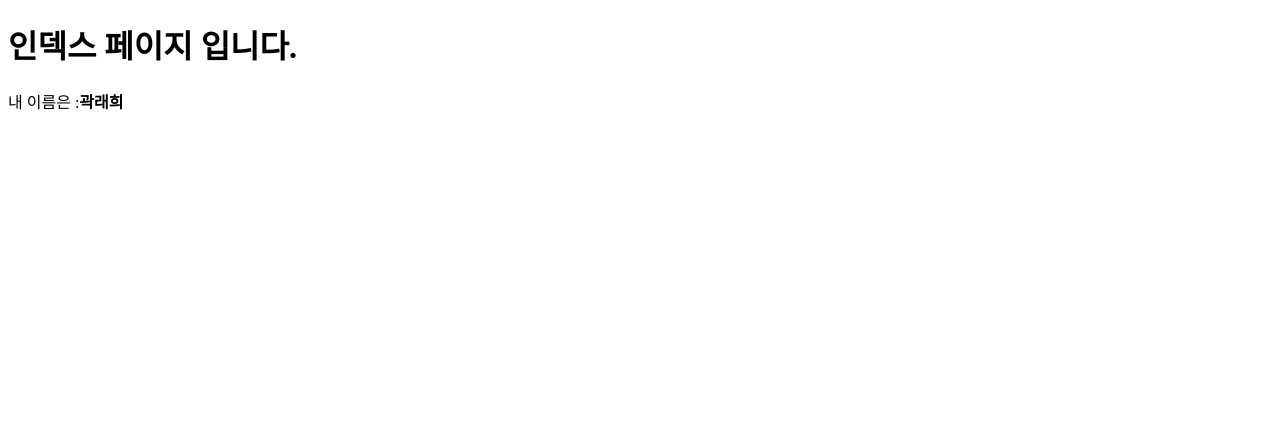
Repository: raehui/web_work
Page: Hello/src/main/webapp/index.html
An editor plug-in stored every save of this project. The page is shown before and after the next save, followed by the edit.
The browser window is 1280 px wide. The pictures show the whole page.

Above is the page before, as saved 2025-01-02 07:46:37.

### Hello/src/main/webapp/index.html
<!DOCTYPE html>
<html>
<head>
<meta charset="UTF-8">
<title>index.html</title>
</head>
<body>
	<h1>인덱스 페이지 입니다.</h1>
	<p>내 이름은 :<strong>곽래희</strong></p>

</body>
</html>

After the next save:
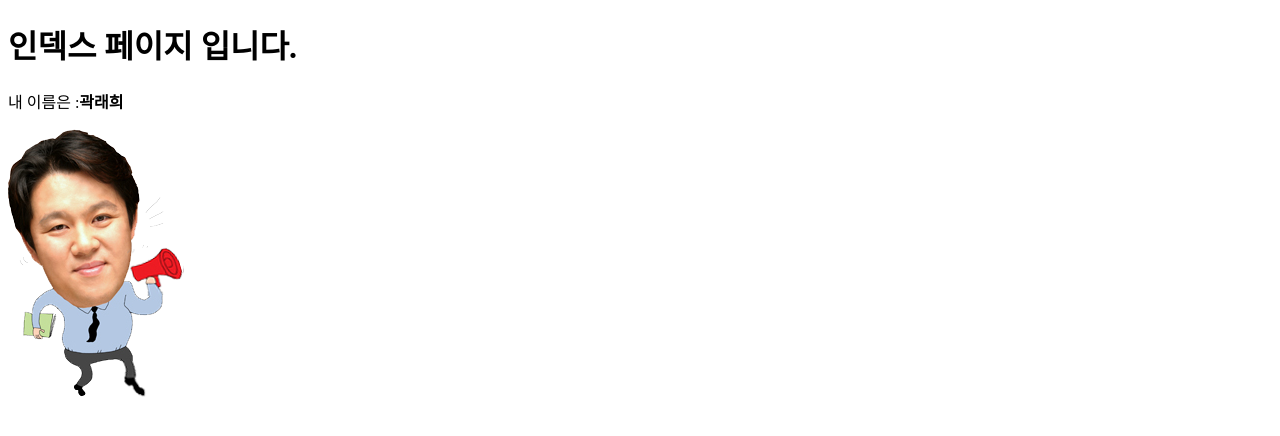
Saved 3 min 18 s later.
--- a/Hello/src/main/webapp/index.html
+++ b/Hello/src/main/webapp/index.html
@@ -7,6 +7,6 @@
 <body>
 	<h1>인덱스 페이지 입니다.</h1>
 	<p>내 이름은 :<strong>곽래희</strong></p>
-
+	<img alt="" src="images/kim1.png">
 </body>
 </html>
